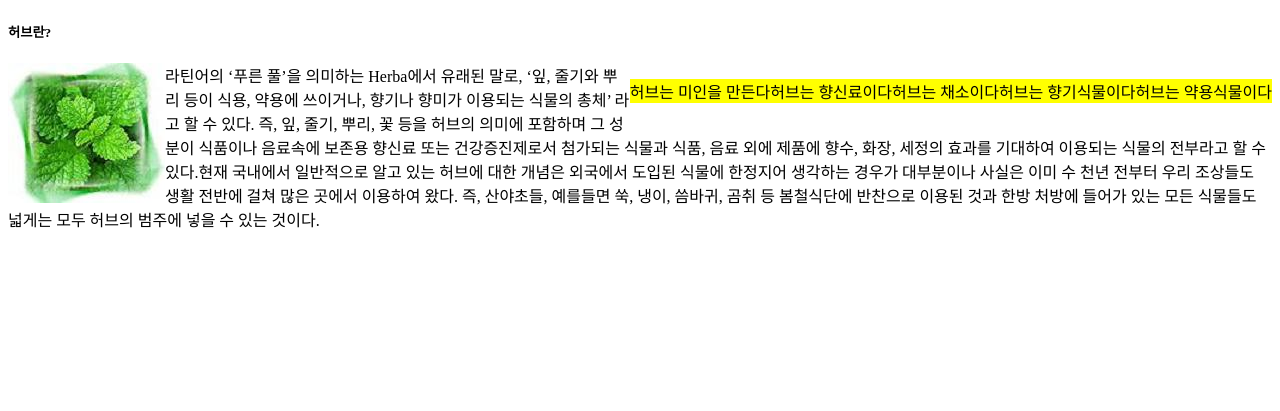
Repository: RyuJelly/java_web
Page: CSS/WebContent/exam2/position.html
The author's editor kept a copy of each file at every save. The page is drawn from the files as they stood at one save, then again after the next save.
The browser window is 1280 px wide. The pictures show the whole page.

Above is the page before, as saved 2021-03-08 01:47:22.

### CSS/WebContent/exam2/position.html
<?xml version="1.0" encoding="EUC-KR" ?>
<!DOCTYPE html PUBLIC "-//W3C//DTD XHTML 1.0 Transitional//EN" "http://www.w3.org/TR/xhtml1/DTD/xhtml1-transitional.dtd">
<html xmlns="http://www.w3.org/1999/xhtml">
<head>
<meta http-equiv="Content-Type" content="text/html; charset=EUC-KR" />
<title>Insert title here</title>
<style type="text/css">
	#balm{
		float: left;
	}
	#sidetext{
		float: right;
		background-color: yellow;
	}
</style>
</head>
<body>
<h5>허브란?</h5>
<img src="images/balm.jpg" id="balm"/>

<div id="sidebar">
 <p id="sidetext">허브는 약용식물이다</p>
 <p id="sidetext">허브는 향기식물이다</p>
 <p id="sidetext">허브는 채소이다</p>
 <p id="sidetext">허브는 향신료이다</p>
 <p id="sidetext">허브는 미인을 만든다</p>
</div>

<div id="content">
 <p>라틴어의 ‘푸른 풀’을 의미하는 Herba에서 유래된 말로, ‘잎, 줄기와 뿌리 등이 식용, 약용에 쓰이거나, 향기나 향미가 이용되는 식물의 총체’ 라고 할 수 있다. 즉, 잎, 줄기, 뿌리, 꽃 등을 허브의 의미에 포함하며 그 성분이 식품이나 음료속에 보존용 향신료 또는 건강증진제로서 첨가되는 식물과 식품, 음료 외에 제품에 향수, 화장, 세정의 효과를 기대하여 이용되는 식물의 전부라고 할 수 있다.현재 국내에서 일반적으로 알고 있는 허브에 대한 개념은 외국에서 도입된 식물에 한정지어 생각하는 경우가 대부분이나 사실은 이미 수 천년 전부터 우리 조상들도 생활 전반에 걸쳐 많은 곳에서 이용하여 왔다. 즉, 산야초들, 예를들면 쑥, 냉이, 씀바귀, 곰취 등 봄철식단에 반찬으로 이용된 것과 한방 처방에 들어가 있는 모든 식물들도 넓게는 모두 허브의 범주에 넣을 수 있는 것이다.</p>
</div>
</body>
</html>

After the next save:
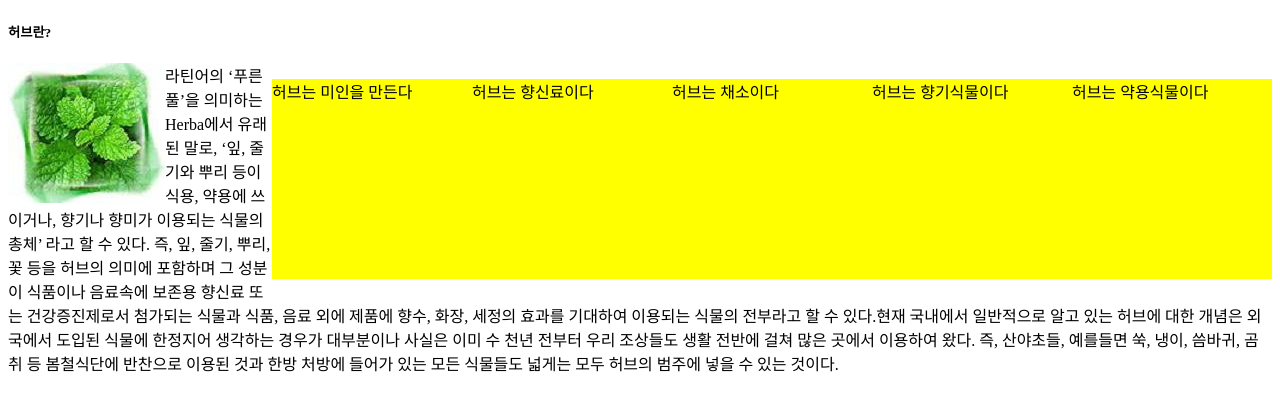
Saved 58 s later.
--- a/CSS/WebContent/exam2/position.html
+++ b/CSS/WebContent/exam2/position.html
@@ -11,6 +11,8 @@
 	#sidetext{
 		float: right;
 		background-color: yellow;
+		width: 200px;
+		height: 200px;
 	}
 </style>
 </head>
